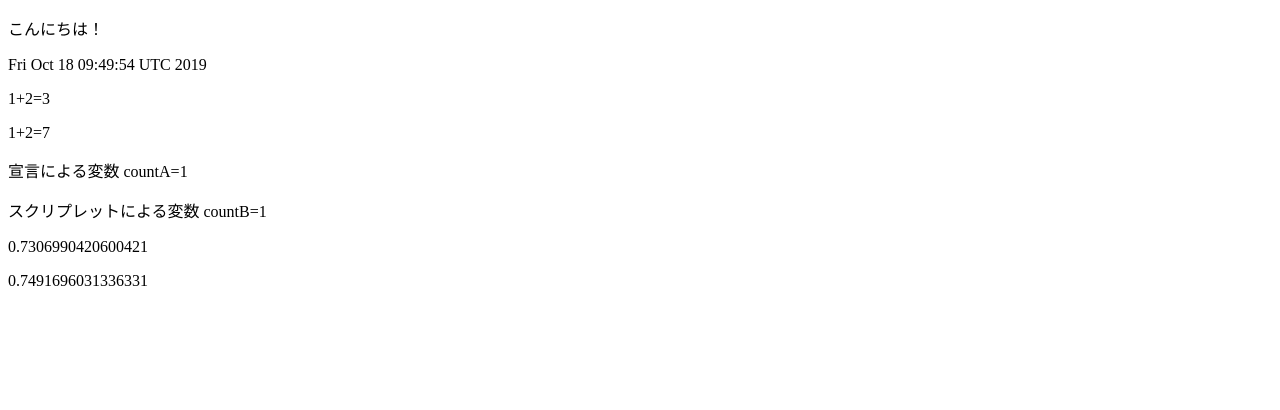
Repository: uki-sa/test
Page: http://localhost/HelloJSP/
The author's editor kept a copy of each file at every save. The page is drawn from the files as they stood at one save, then again after the next save.
The browser window is 1280 px wide. The pictures show the whole page.
The page is served by Tomcat 9.

Above is the page before, as saved 2019-10-18 10:20:59.

After the next save:
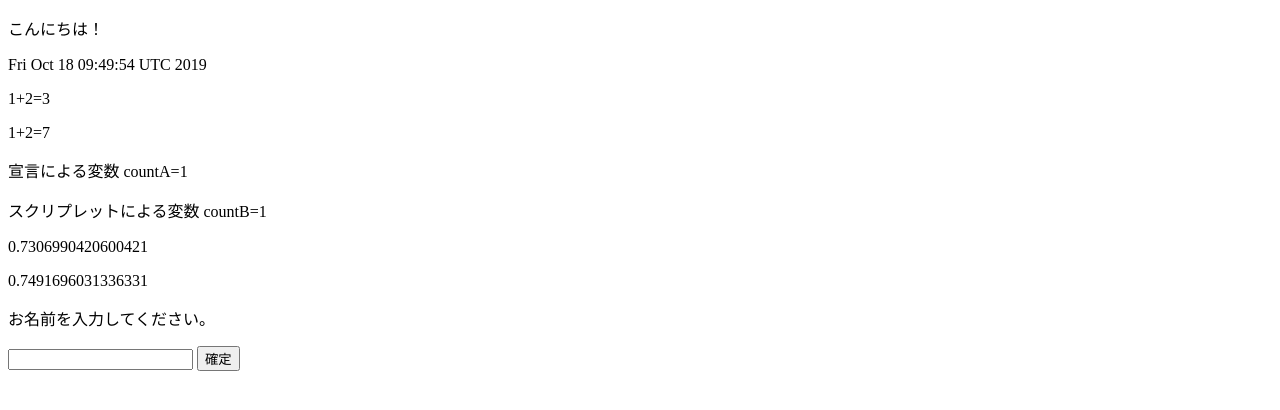
Saved 3 min 22 s later.
--- a/HelloJSP/WebContent/index.jsp
+++ b/HelloJSP/WebContent/index.jsp
@@ -34,6 +34,11 @@ countB++;
 <p><%=Math.random()  %></p>
 
 
+<p>お名前を入力してください。</p>
+<from method="post" action="greeting-out.jsp">
+<input type="text" name="user">
+<input type="submit" value="確定">
+</from>
 
 
 
